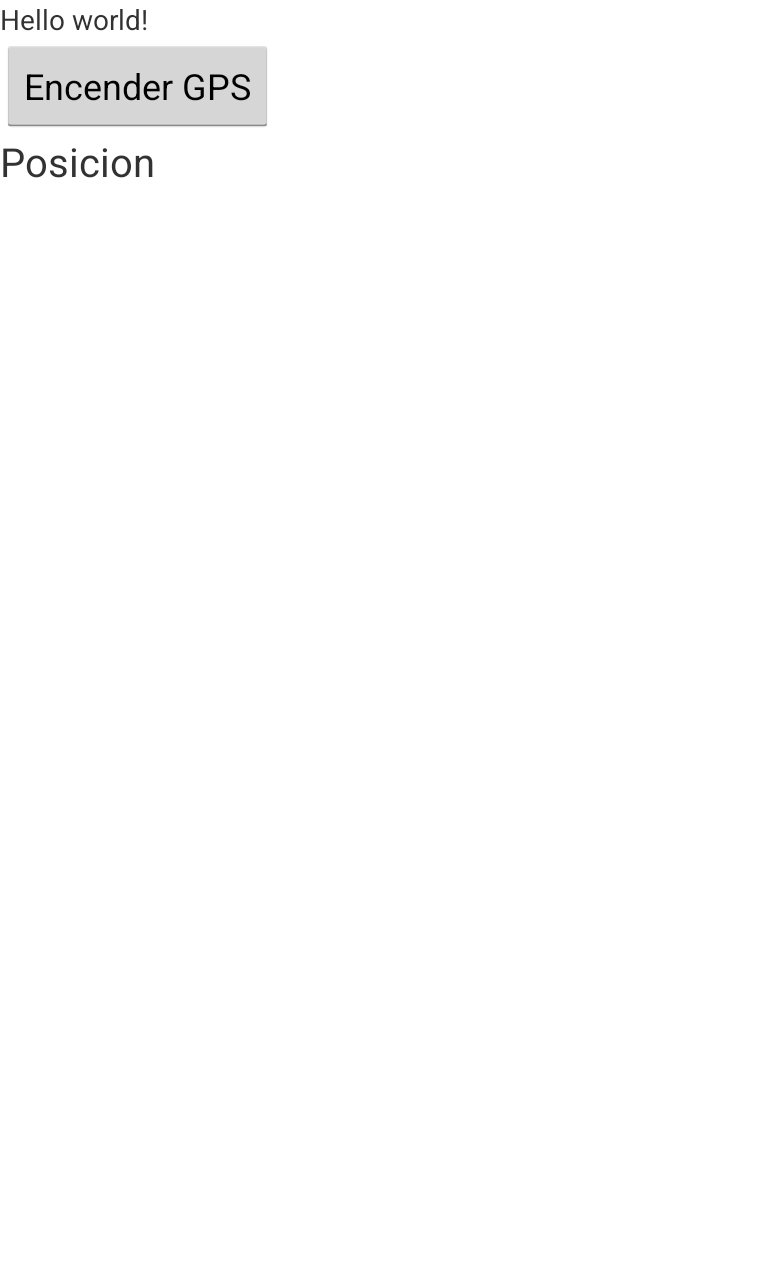
Repository: aludena18/android_apps
Layout: PhoneLocation/res/layout/activity_main.xml
These files come from the project's save history. The layout is drawn as it stood at one moment and after the next save; the edit follows.
It is drawn on a 768 x 1280 px phone screen (xhdpi) without system bars, with theme AppTheme; the app's code is not run.

Above is the layout before, as saved 2015-04-29 17:10:48.

After the next save:
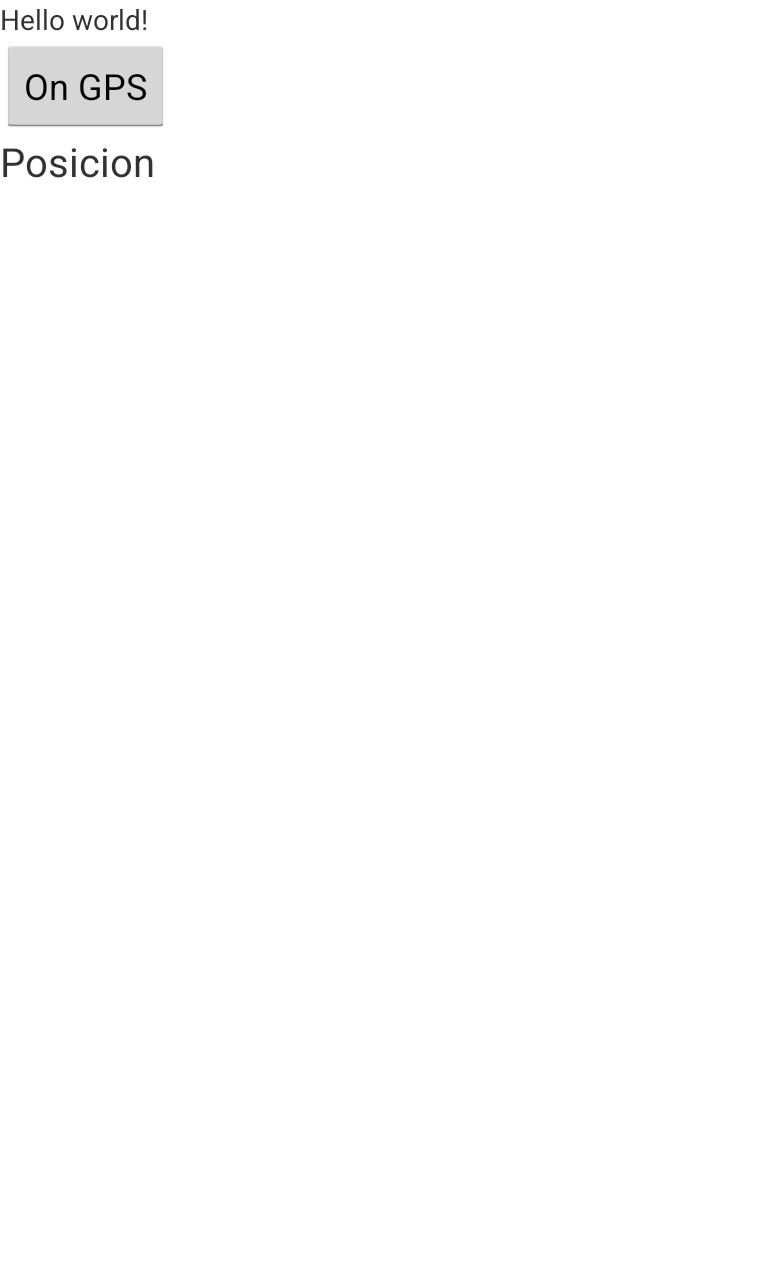
Saved 21 s later.
--- a/PhoneLocation/res/values/strings.xml
+++ b/PhoneLocation/res/values/strings.xml
@@ -5,6 +5,6 @@
     <string name="hello_world">Hello world!</string>
     <string name="action_settings">Settings</string>
     <string name="etqPosicion">Posicion</string>
-    <string name="etqBtnOn">Encender GPS</string>
+    <string name="etqBtnOn">On GPS</string>
 
 </resources>
